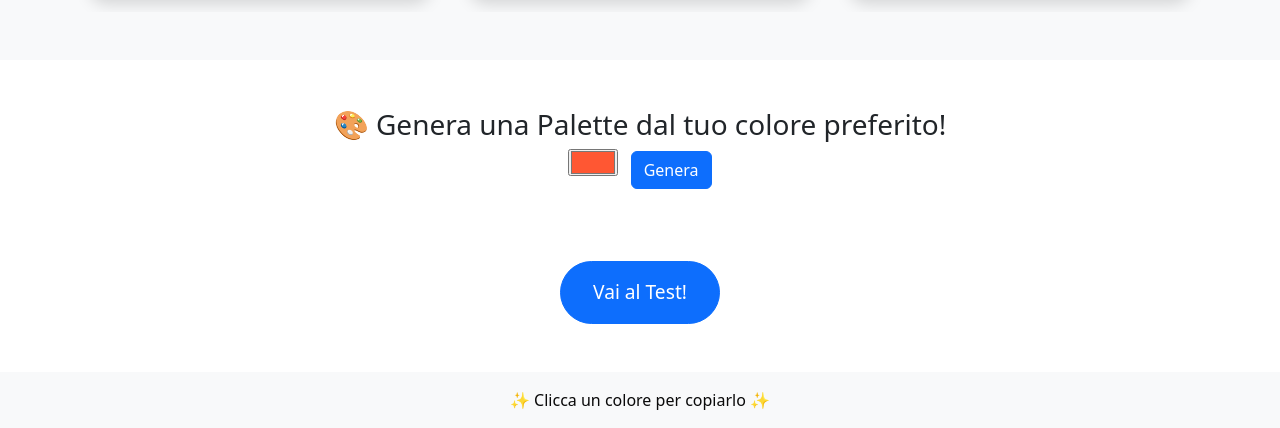
Repository: Probyte5D/Armocromia-website
Page: index.html
These files come from the project's save history. The page is drawn as it stood at one moment and after the next save; the edit follows.
The browser window is 1280 px wide. The pictures show the part of the page from y = 2577 to 3187 px (the page is 3005 px tall before and 3187 px after).
A picture or video elsewhere on the page could not be fetched, so the positions and the page height are approximate. Backgrounds fixed to the window are drawn as part of the page.

Above is the page before, as saved 2025-04-18 20:37:12.
Console error: TypeError: Cannot set properties of null (setting 'onclick')

### index.html
<!DOCTYPE html>
<html lang="it">
<head>
  <meta charset="UTF-8" />
  <meta name="viewport" content="width=device-width, initial-scale=1.0" />
  <title>Armocromia - Scopri la tua stagione</title>

  <!-- CSS personalizzato -->
  <link rel="stylesheet" href="style.css" />
   <!-- Aggiungi il link a Font Awesome -->
   <link href="https://cdnjs.cloudflare.com/ajax/libs/font-awesome/6.0.0-beta3/css/all.min.css" rel="stylesheet">
  <link href="https://fonts.googleapis.com/css2?family=Outfit:wght@300;500;700&display=swap" rel="stylesheet">
  <link href="https://fonts.googleapis.com/css2?family=Outfit:wght@300;500;700&display=swap" rel="stylesheet">
  <!-- Bootstrap CSS -->
<!-- Bootstrap CSS -->
<link href="https://cdn.jsdelivr.net/npm/bootstrap@5.3.0-alpha1/dist/css/bootstrap.min.css" rel="stylesheet">

<!-- Bootstrap JS -->
<script src="https://cdn.jsdelivr.net/npm/bootstrap@5.3.0-alpha1/dist/js/bootstrap.bundle.min.js"></script>

</head>

<body>

  <!-- NAVBAR -->
  <nav class="navbar navbar-expand-lg navbar-dark fixed-top" style="background-color: rgba(0, 0, 0, 0.5);">
    <div class="container-fluid">
      <a class="navbar-brand" href="#">
        <img src="images/logo.png" alt="Logo Armocromia" style="height: 40px;">
      </a>
      <button class="navbar-toggler" type="button" data-bs-toggle="collapse" data-bs-target="#navbarNav" aria-controls="navbarNav" aria-expanded="false" aria-label="Toggle navigation">
        <span class="navbar-toggler-icon"></span>
      </button>

      <div class="collapse navbar-collapse" id="navbarNav">
        <ul class="navbar-nav ms-auto">
          <li class="nav-item"><a class="nav-link" href="#">Home</a></li>
          <li class="nav-item"><a class="nav-link" href="#">About</a></li>
          <li class="nav-item"><a class="nav-link" href="test.html">Test Armocromia</a></li>
          <li class="nav-item"><a class="nav-link" href="#">Contact</a></li>
        </ul>
      </div>
    </div>
  </nav>

  <!-- HEADER -->
  <header>
    <h1>  <img src="images/logo.png" alt="Logo Armocromia" style="height: 10rem;"> Armocromia</h1>
    <p>Scopri le palette perfette per la tua stagione.</p>
    <button class="btn btn-outline-light mt-3" data-bs-toggle="modal" data-bs-target="#introModal">Cos'è l'Armocromia?</button>
    <div class="scroll-down">↓</div>
  </header>

  <!-- MODAL -->
  <div class="modal fade" id="introModal" tabindex="-1" aria-labelledby="introModalLabel" aria-hidden="true">
    <div class="modal-dialog">
      <div class="modal-content rounded-4 shadow">
        <div class="modal-header">
          <h5 class="modal-title">Benvenuto nel mondo dell’armocromia ✨</h5>
          <button type="button" class="btn-close" data-bs-dismiss="modal"></button>
        </div>
        <div class="modal-body">
          L'armocromia è lo studio dei colori più adatti a te in base a incarnato, occhi e capelli.
        </div>
        <div class="modal-footer">
          <button type="button" class="btn btn-primary" data-bs-dismiss="modal">Inizia!</button>
        </div>
      </div>
    </div>
  </div>

  <!-- MAIN -->
  <main>
    <section class="carousel-container">
      <div id="carouselExample" class="carousel slide" data-bs-ride="carousel">
        <div class="carousel-inner">
          <!-- Card Primavera -->
         <!-- Card Primavera -->
<!-- Card Primavera -->
<div class="carousel-item active">
  <div class="card primavera">
    <h3>🌸 Primavera <i class="fas fa-dove"></i></h3> <!-- Aggiunta dell'icona dell'uccello -->
    <img src="https://images.unsplash.com/photo-1518943701174-17e4aff936d4?w=500&auto=format&fit=crop&q=60&ixlib=rb-4.0.3&ixid=M3wxMjA3fDB8MHxzZWFyY2h8MTV8fHByaW1hdmVyYXxlbnwwfHwwfHx8MA%3D%3D" alt="Primavera" class="season-img">
    <p>Toni caldi, chiari e brillanti. Perfetti per chi ha pelle dorata e occhi chiari.</p>
    <div class="palette">
      <div class="color" style="background-color: #FFD1DC;" title="Colore 1: Rosa Chiaro"></div>
      <div class="color" style="background-color: #FFFACD;" title="Colore 2: Giallo Pallido"></div>
      <div class="color" style="background-color: #E0BBE4;" title="Colore 3: Lavanda"></div>
      <div class="color" style="background-color: #FFB347;" title="Colore 4: Arancione"></div>
      <div class="color" style="background-color: #B5EAD7;" title="Colore 5: Verde Menta"></div>
      <a href="test.html" class="btn btn-outline-primary mt-3">Scopri di più</a>
    </div>
  </div>
</div>

<!-- Card Estate -->
<div class="carousel-item">
  <div class="card estate">
    <h3>☀️ Estate <i class="fas fa-sun"></i></h3> <!-- Aggiunta dell'icona occhiali da sole -->
    <img src="https://images.unsplash.com/photo-1517384084767-6bc118943770?w=500&auto=format&fit=crop&q=60&ixlib=rb-4.0.3&ixid=M3wxMjA3fDB8MHxzZWFyY2h8MTB8fGVzdGF0ZXxlbnwwfHwwfHx8MA%3D%3D" alt="Estate" class="season-img">
    <p>Toni freddi e soft, ideali per carnagioni rosate e occhi chiari.</p>
    <div class="palette">
      <div class="color" style="background-color: #BFD7EA;"></div>
      <div class="color" style="background-color: #D6E2E9;"></div>
      <div class="color" style="background-color: #A2D2FF;"></div>
      <div class="color" style="background-color: #CDB4DB;"></div>
      <div class="color" style="background-color: #E2F0CB;"></div>
      <a href="test.html" class="btn btn-outline-primary mt-3">Scopri di più</a>
    </div>
  </div>
</div>

<!-- Card Autunno -->
<div class="carousel-item">
  <div class="card autunno">
    <h3>🍁 Autunno <i class="fas fa-leaf"></i></h3> <!-- Aggiunta dell'icona foglia -->
    <img src="https://images.unsplash.com/photo-1516700675895-b2e35cae333c?w=500&auto=format&fit=crop&q=60&ixlib=rb-4.0.3&ixid=M3wxMjA3fDB8MHxzZWFyY2h8OXx8YXV0dW5ub3xlbnwwfHwwfHx8Mg%3D%3D" alt="Autunno" class="season-img">
    <p>Toni caldi, intensi e terrosi. Per incarnati dorati e occhi scuri o verdi.</p>
    <div class="palette">
      <div class="color" style="background-color: #D2691E;"></div>
      <div class="color" style="background-color: #C3B091;"></div>
      <div class="color" style="background-color: #A0522D;"></div>
      <div class="color" style="background-color: #F4A460;"></div>
      <div class="color" style="background-color: #B22222;"></div>
      <a href="test.html" class="btn btn-outline-primary mt-3">Scopri di più</a>
    </div>
  </div>
</div>

<!-- Card Inverno -->
<div class="carousel-item">
  <div class="card inverno">
    <h3>❄️ Inverno <i class="fas fa-snowflake"></i></h3> <!-- Aggiunta dell'icona fiocco di neve -->
    <img src="https://images.unsplash.com/photo-1612646785979-e1a8362ffa66?w=500&auto=format&fit=crop&q=60&ixlib=rb-4.0.3&ixid=M3wxMjA3fDB8MHxzZWFyY2h8MjZ8fGludmVybm8lMjBuZXZlfGVufDB8fDB8fHwy" alt="Inverno" class="season-img">
    <p>Toni freddi e contrastati, perfetti per pelli olivastre e capelli scuri.</p>
    <div class="palette">
      <div class="color" style="background-color: #000000;"></div>
      <div class="color" style="background-color: #4169E1;"></div>
      <div class="color" style="background-color: #8A2BE2;"></div>
      <div class="color" style="background-color: #FF1493;"></div>
      <div class="color" style="background-color: #00CED1;"></div>
      <a href="test.html" class="btn btn-outline-primary mt-3">Scopri di più</a>
    </div>
  </div>
</div>


        <!-- Controlli carousel -->
        <button class="carousel-control-prev" type="button" data-bs-target="#carouselExample" data-bs-slide="prev">
          <span class="carousel-control-prev-icon"></span>
        </button>
        <button class="carousel-control-next" type="button" data-bs-target="#carouselExample" data-bs-slide="next">
          <span class="carousel-control-next-icon"></span>
        </button>
      </div>
    </section>


    <section id="shop" class="py-5 bg-light">
      <div class="container">
        <h2 class="text-center mb-5">🛍️ Il nostro Shop</h2>
        <div class="row row-cols-1 row-cols-sm-2 row-cols-md-3 row-cols-lg-4 g-4"> <!-- Questo fa sì che le card si adattino meglio -->

          <!-- Card prodotto 1 -->
          <div class="col">
            <div class="card border-0 shadow rounded-4 h-100">
              <div class="img-hover-wrap">
                <img src="https://images.unsplash.com/photo-1571646034647-52e6ea84b28c?w=500&auto=format&fit=crop&q=60&ixlib=rb-4.0.3&ixid=M3wxMjA3fDB8MHxzZWFyY2h8OXx8cm9zc2V0dG98ZW58MHx8MHx8fDI%3D" class="card-img-top main-img rounded-top-4 img-fluid" alt="Prodotto">
                <img src="https://images.unsplash.com/photo-1631214499500-2e34edcaccfe?w=500&auto=format&fit=crop&q=60&ixlib=rb-4.0.3&ixid=M3wxMjA3fDB8MHxzZWFyY2h8M3x8cm9zc2V0dG98ZW58MHx8MHx8fDI%3D" class="card-img-top hover-img rounded-top-4 img-fluid" alt="Prodotto Hover">
              </div>
              <div class="card-body text-center">
                <h5 class="card-title fw-bold">Palette Personalizzata</h5>
                <p class="card-text text-muted small">I tuoi colori ideali sempre con te, in formato digitale.</p>
                <p class="text-primary fw-semibold">€29.00</p>
                <a href="#" class="btn btn-outline-dark rounded-pill px-4">Scopri</a>
              </div>
            </div>
          </div>

          <!-- Card prodotto 2 -->
          <div class="col">
            <div class="card border-0 shadow rounded-4 h-100">
              <img src="https://images.unsplash.com/photo-1581079289103-0544b7dfad66?w=500&auto=format&fit=crop&q=60&ixlib=rb-4.0.3&ixid=M3wxMjA3fDB8MHxzZWFyY2h8MzV8fGFybW9jcm9taWF8ZW58MHx8MHx8fDI%3D" class="card-img-top rounded-top-4 img-fluid" alt="Analisi armocromatica">
              <div class="card-body text-center">
                <h5 class="card-title fw-bold">Analisi Armocromatica</h5>
                <p class="card-text text-muted small">Consulenza online con la nostra esperta armocromista.</p>
                <p class="text-primary fw-semibold">€59.00</p>
                <a href="#" class="btn btn-outline-dark rounded-pill px-4">Prenota</a>
              </div>
            </div>
          </div>

          <!-- Card prodotto 3 -->
          <div class="col">
            <div class="card border-0 shadow rounded-4 h-100">
              <img src="https://images.unsplash.com/photo-1517472292914-9570a594783b?w=500&auto=format&fit=crop&q=60&ixlib=rb-4.0.3&ixid=M3wxMjA3fDB8MHxzZWFyY2h8NzN8fG1vZGElMjBwYWxldHRlfGVufDB8fDB8fHwy" class="card-img-top rounded-top-4 img-fluid" alt="Consulenza look">
              <div class="card-body text-center">
                <h5 class="card-title fw-bold">Consulenza Look</h5>
                <p class="card-text text-muted small">Aiuto nella scelta di abiti, make-up e accessori perfetti per te.</p>
                <p class="text-primary fw-semibold">€45.00</p>
                <a href="#" class="btn btn-outline-dark rounded-pill px-4">Prenota</a>
              </div>
            </div>
          </div>

        </div>
      </div>
    </section>



    <section class="text-center my-5">
      <h3>🎨 Genera una Palette dal tuo colore preferito!</h3>
      <input type="color" id="colorPicker" value="#FF5733" />
      <button onclick="generaPalette()" class="btn btn-primary ms-2">Genera</button>

      <div id="paletteResult" class="d-flex justify-content-center mt-4 gap-3"></div>
    </section>


    <!-- Link test -->
    <section class="test-link text-center mt-5">
      <a href="test.html"><button id="vai-al-test" class="btn btn-primary">Vai al Test!</button></a>
    </section>
  </main>


  <!-- Footer -->
  <footer class="text-center mt-5 p-3 bg-light">
    <p>✨ Clicca un colore per copiarlo ✨</p>
  </footer>

  <!-- TOAST -->
  <div class="toast-container position-fixed bottom-0 end-0 p-3">
    <div id="copyToast" class="toast text-bg-success border-0" role="alert">
      <div class="d-flex">
        <div class="toast-body">Colore copiato!</div>
        <button type="button" class="btn-close btn-close-white me-2 m-auto" data-bs-dismiss="toast"></button>
      </div>
    </div>
  </div>

  <script src="script.js">

  </script>

</body>
</html>

Loaded but not shown: script.js (119 lines, source omitted); style.css (1057 lines, source omitted)

After the next save:
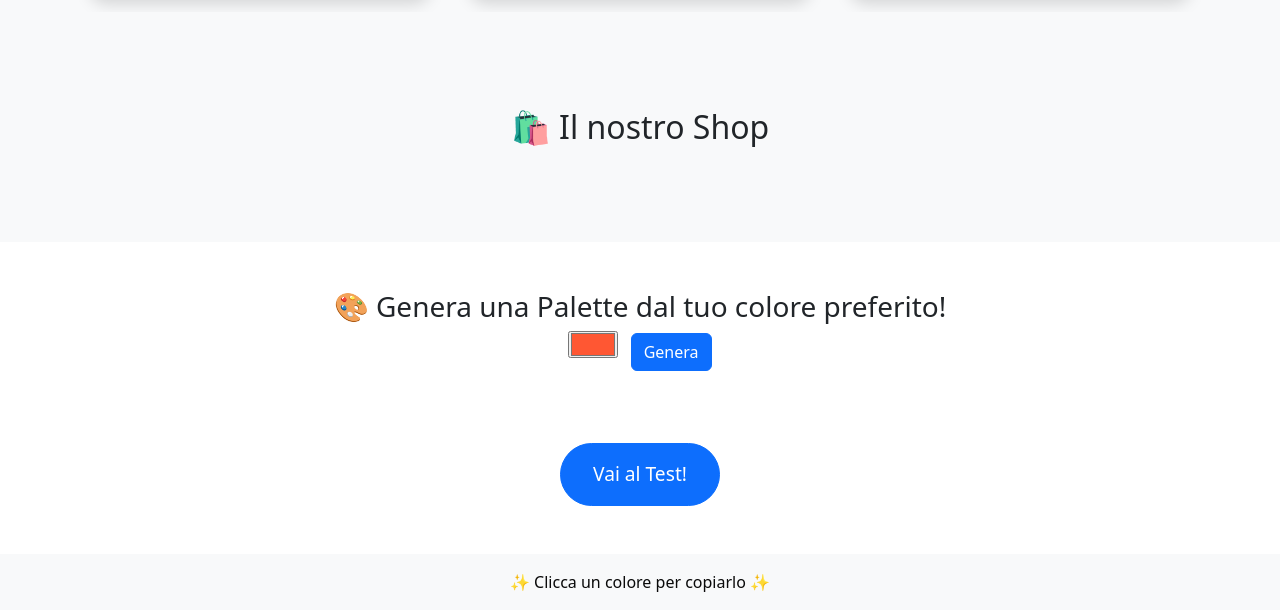
Saved 32 s later.
--- a/index.html
+++ b/index.html
@@ -206,7 +206,13 @@
         </div>
       </div>
     </section>
-
+     <!-- Sezione Shop Dinamico -->
+  <section id="shop" class="py-5 bg-light">
+    <div class="container-fluid">
+      <h2 class="text-center mb-5">🛍️ Il nostro Shop</h2>
+      <div id="products-row" class="row"></div>
+    </div>
+  </section>
 
 
     <section class="text-center my-5">
